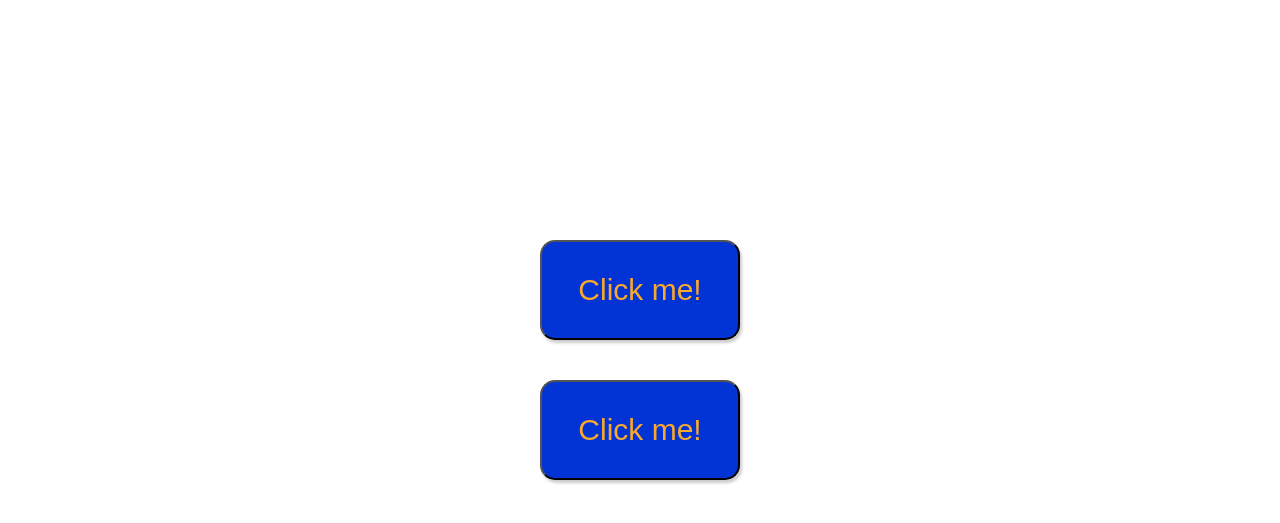
Repository: KrzysKolo/sr_tydzien4_zad5
Page: /
An editor plug-in stored every save of this project. The page is shown before and after the next save, followed by the edit.
The browser window is 1280 px wide. The pictures show the whole page.
The project was rebuilt for these pictures with package versions that can differ from the ones it lists, and the page was loaded fresh each time.

Above is the page before, as saved 2020-12-17 16:08:26.

After the next save:
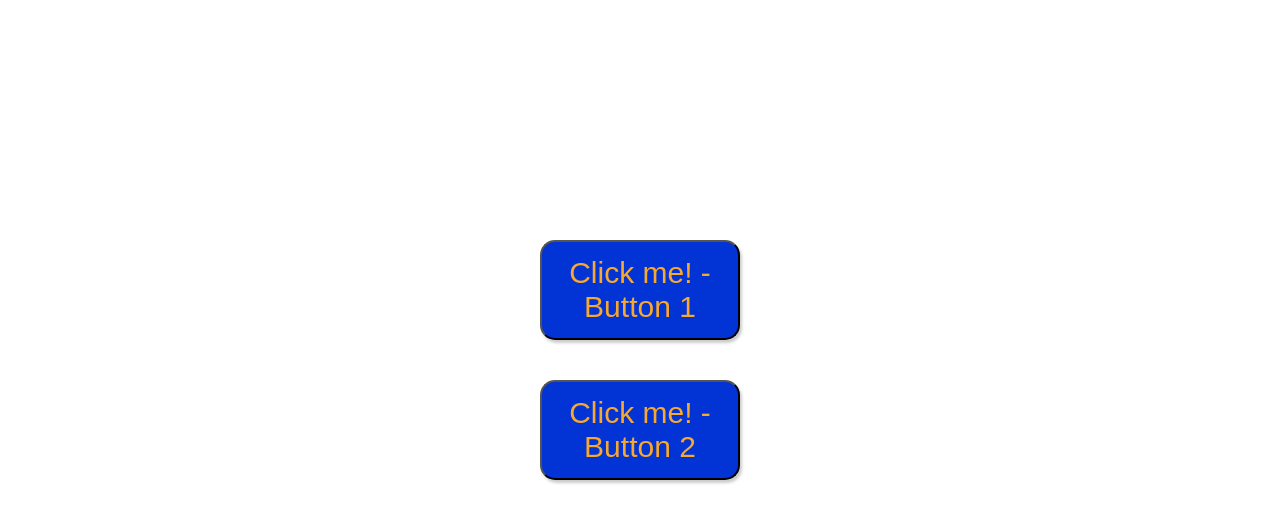
Saved 18 s later.
--- a/src/App.js
+++ b/src/App.js
@@ -20,8 +20,8 @@ import './App.css';
   render() {
     return (
       <div className="App">
-        <MyButtonChange ref={this.MyButtonChangeRef} title="Click me!" setTimeout={this.timeChange} />
-        <MyButton ref={this.MyButtonRef} title="Click me!" onMouseOver={this.handleMouseOver} onMouseOut={this.handleMouseOut} />
+        <MyButtonChange ref={this.MyButtonChangeRef} title="Click me! - Button 1" setTimeout={this.timeChange} />
+        <MyButton ref={this.MyButtonRef} title="Click me! - Button 2" onMouseOver={this.handleMouseOver} onMouseOut={this.handleMouseOut} />
       </div>
     )
   }
